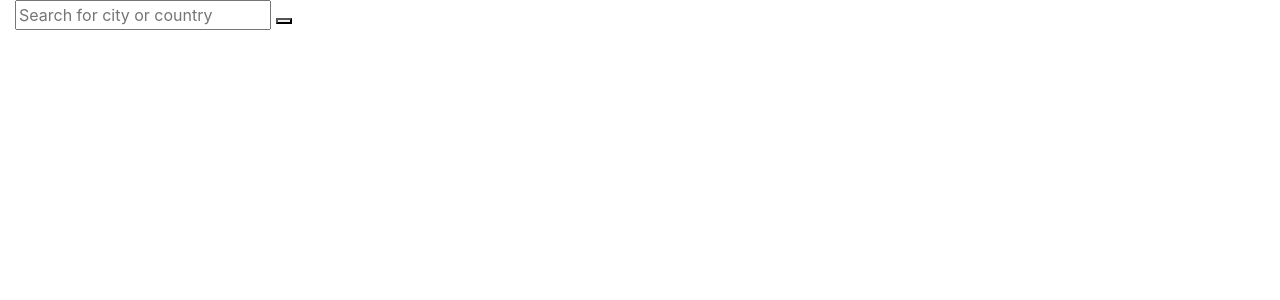
Repository: cobalt88/weather-forecast-app
Page: index.html
An editor plug-in stored every save of this project. The page is shown before and after the next save, followed by the edit.
The browser window is 1280 px wide. The pictures show the whole page.
Some web libraries are served in a nearby version.

Above is the page before, as saved 2022-03-29 22:56:46.
Console error: TypeError: Cannot read properties of null (reading 'addEventListener')

### index.html
<!DOCTYPE html>
<html lang="en">
<head>
  <meta charset="UTF-8">
  <meta http-equiv="X-UA-Compatible" content="IE=edge">
  <meta name="viewport" content="width=device-width, initial-scale=1.0">
  <link
  rel="stylesheet"
  href="https://stackpath.bootstrapcdn.com/bootstrap/4.3.1/css/bootstrap.min.css"
/>
<link
  rel="stylesheet"
  href="https://use.fontawesome.com/releases/v5.8.1/css/all.css"
  integrity="sha384-50oBUHEmvpQ+1lW4y57PTFmhCaXp0ML5d60M1M7uH2+nqUivzIebhndOJK28anvf"
  crossorigin="anonymous"
/>
<link
  href="https://fonts.googleapis.com/css?family=Open+Sans&display=swap"
  rel="stylesheet"
/>
  <title>Document</title>
</head>
<body>
  <header></header>
  <section id="current-day"></section>
  <section id="5-day-container">


  </section>

  <aside class="col-xl-4 col-lg-4 col-md-4 col-sm-4 col-4">
    <input type="text" id="searchInput" onkeyup="search()" placeholder="Search for city or country">
    <button id="search-button"></button>
    <ul id="city-list"></ul>
  </aside>
  <script src="logic.js"></script>
</body>
</html>

### logic.js
var buttonContainerEl = document.querySelector('#city-list');
var dataArr = [];
var currentLocationArr = [];
var input = document.getElementById('searchInput');
var searchBtn = document.getElementById('searchBtn');

function search() {
  if (input = null) {
    window.alert('Please input a city name')
  }
  var searchUrl = `http://dataservice.accuweather.com/locations/v1/cities/search?apikey=%09WRy7rAgeG9pkGPZlac8sWxk9sXswNaMI&q=${input}`
  fetch(searchUrl)
    .then(function(response) {
      console.log(response);
    })
}

function getLocation() {
  var requestLocationUrl = 'http://dataservice.accuweather.com/locations/v1/cities/ipaddress?apikey=WRy7rAgeG9pkGPZlac8sWxk9sXswNaMI&q=199.231.175.194'
  fetch(requestLocationUrl)
  .then(function(response){
    return response.json();
  })
  .then(function(currentLocation) {
    currentLocationArr.push(currentLocation);
    console.log(currentLocationArr);
  })
};


function getApi() {
var requestUrl = "http://dataservice.accuweather.com/locations/v1/topcities/150?apikey=%09WRy7rAgeG9pkGPZlac8sWxk9sXswNaMI";
fetch(requestUrl)
  .then(function(response){
  return response.json();
})
.then(function(cityData){
  for (var i = 0; i < cityData.length; i++) {
    var location = document.createElement('li')
    location.textContent = `${cityData[i].EnglishName}, ${cityData[i].Country.EnglishName}`;
    buttonContainerEl.appendChild(location)
    location.setAttribute('class', 'list-group-item ')
    location.setAttribute('id', `${cityData[i].EnglishName}-${cityData[i].Country.EnglishName}` )
    dataArr.push(cityData[i]);
  }
});
};



// function search() {
//   var filter = input.value.toLowerCase();
//   var ul = document.getElementById('city-list');
//   var li = document.getElementsByTagName('li');

//   for (let i = 0; i < li.length; i++) {
//     a = li[i].getElementsByTagName("a")[0];
//     txtValue = li.textContent || li.innerText;
//     if (txtValue.toLowerCase().indexOf(filter) > -1) {
//       li[i].style.display = "";
//     } else {
//       li[i].style.display = "none";
//     }
//   }

// }

searchBtn.addEventListener(click, search());
getLocation();
getApi();
// console.log(currentLocationArr);

After the next save:
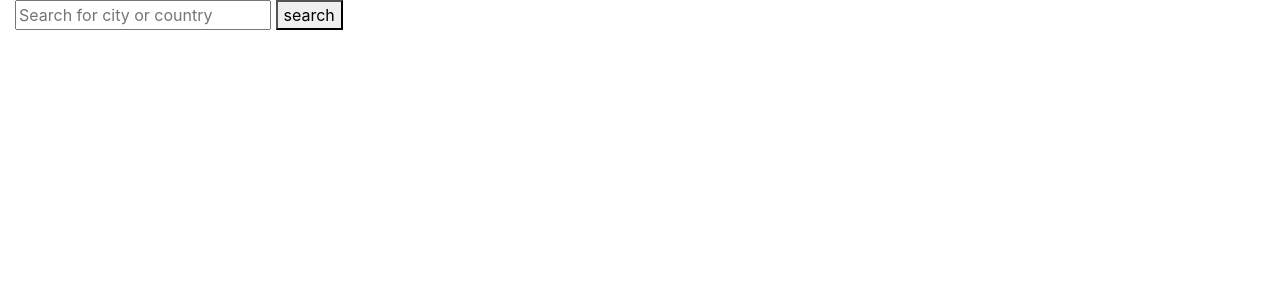
Saved 30 s later.
--- a/index.html
+++ b/index.html
@@ -30,7 +30,7 @@
 
   <aside class="col-xl-4 col-lg-4 col-md-4 col-sm-4 col-4">
     <input type="text" id="searchInput" onkeyup="search()" placeholder="Search for city or country">
-    <button id="search-button"></button>
+    <button id="search-button">search</button>
     <ul id="city-list"></ul>
   </aside>
   <script src="logic.js"></script>

After the 4 saves that followed:
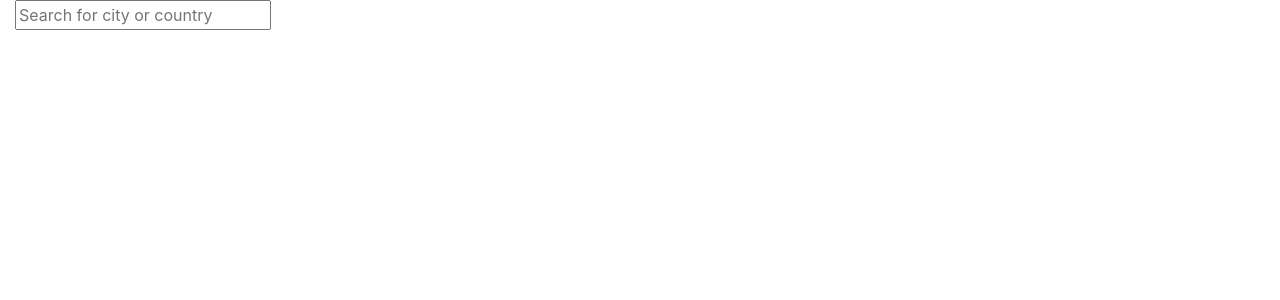
The error is gone.
The 4 saves are shown as one change because 3 left the picture as it was.
The last was saved 4 min 16 s later.
--- a/index.html
+++ b/index.html
@@ -30,7 +30,7 @@
 
   <aside class="col-xl-4 col-lg-4 col-md-4 col-sm-4 col-4">
     <input type="text" id="searchInput" onkeyup="search()" placeholder="Search for city or country">
-    <button id="search-button">search</button>
+    <button type= 'button" id="search-button">search</button>
     <ul id="city-list"></ul>
   </aside>
   <script src="logic.js"></script>
--- a/logic.js
+++ b/logic.js
@@ -2,12 +2,12 @@ var buttonContainerEl = document.querySelector('#city-list');
 var dataArr = [];
 var currentLocationArr = [];
 var input = document.getElementById('searchInput');
-var searchBtn = document.getElementById('searchBtn');
+var searchBtn = document.getElementById('search-button');
 
 function search() {
-  if (input = null) {
-    window.alert('Please input a city name')
-  }
+  // if (input = null) {
+  //   window.alert('Please input a city name')
+  // }
   var searchUrl = `http://dataservice.accuweather.com/locations/v1/cities/search?apikey=%09WRy7rAgeG9pkGPZlac8sWxk9sXswNaMI&q=${input}`
   fetch(searchUrl)
     .then(function(response) {
@@ -65,7 +65,7 @@ fetch(requestUrl)
 
 // }
 
-searchBtn.addEventListener(click, search());
+searchBtn.addEventListener('click', search());
 getLocation();
 getApi();
 // console.log(currentLocationArr);
